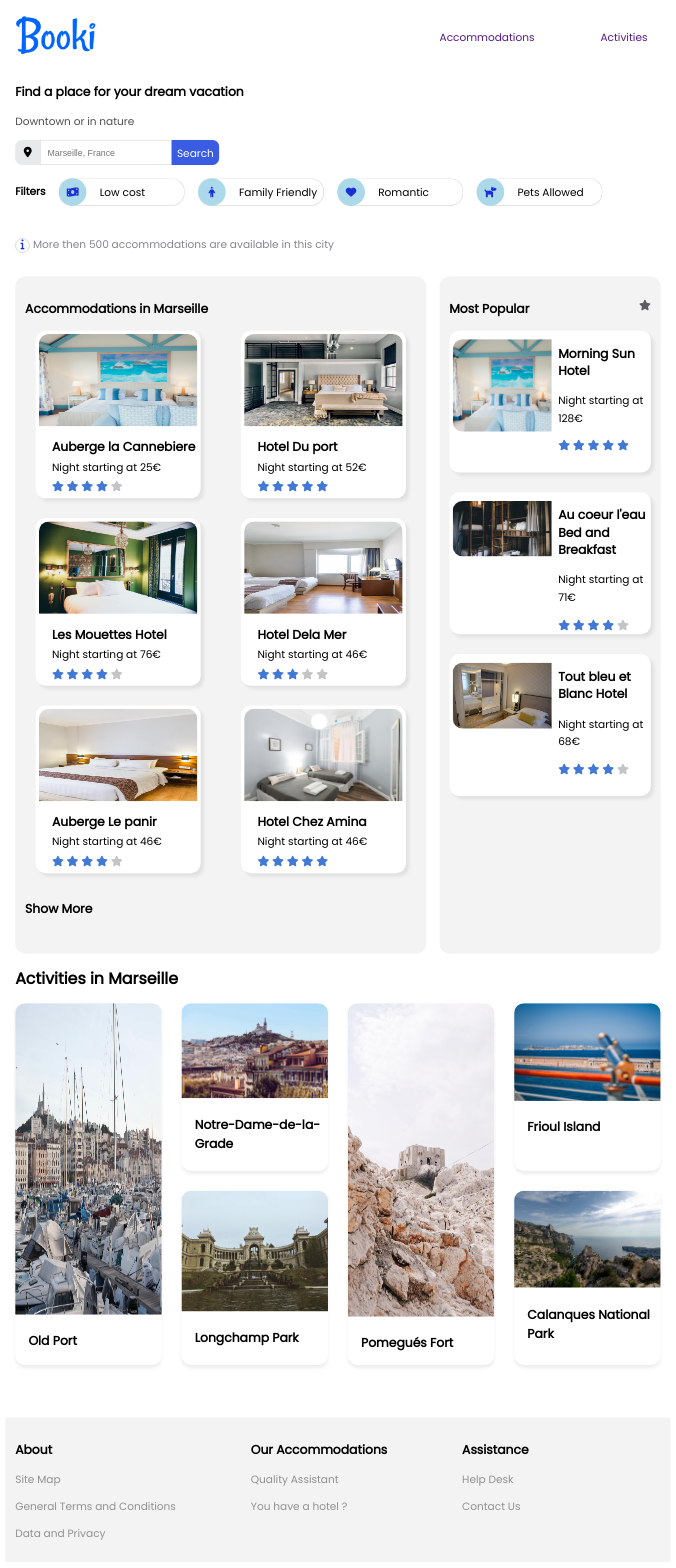
Repository: ailahin/booki
Page: index.html
These files come from the project's save history. The page is drawn as it stood at one moment and after the next save; the edit follows.
The browser window is 1024 px wide. The pictures show the whole page, at 66% of full size.
Some web fonts or font styles are not loaded; a fallback is used. Some web libraries are served in a nearby version.

Above is the page before, as saved 2023-07-19 05:00:53.

### index.html
<!DOCTYPE html>
<html lang="en">
<head>
    <meta charset="UTF-8">
    <meta http-equiv="X-UA-Compatible" content="IE=edge">
    <meta name="viewport" content="width=device-width, initial-scale=1.0">
    <title>Booki</title>
    <link rel="stylesheet" href="css/index.css">
    <link rel="stylesheet" href="https://fonts.googleapis.com/css?family=Poppins|Sofia|Trirong">

    <!-- Google fronts -->
    <link rel="preconnect" href="https://fonts.googleapis.com">
    <link rel="preconnect" href="https://fonts.gstatic.com" crossorigin>
    <link href="https://fonts.googleapis.com/css2?family=Poppins&display=swap" rel="stylesheet">

    <script src="https://kit.fontawesome.com/a5dfdf2455.js" crossorigin="anonymous"></script>

</head>
<body>
    <header class="body">
        <nav>
            <div class="navbar">
                <div class="booki">
                    <img src="images/logo/Booki.png" alt="">
                </div>

                <div class="nav-flex">
                    <div id="nav-accommodation-text">
                        <a href="">Accommodations</a>
                     </div>
                     <div id="nav-activities-text" class="activities">
                         <a href=""> Activities</a>
                     </div>
               </div>
            </div>
        </nav>
    </header>

   <main class="body">
    <section>
        <div>
            <h3 class="dream-vacation">Find  a place for your dream vacation</h3>
        <p class="downtown"> Downtown or in nature</p>
        </div>

        <div class="search-bar">
            <div class="search-icon"> <i class="fa-solid fa-location-dot"></i> </div>
            <div class="search-place">
                <div class="placeholder">
                <input type="search" name="marseille, France" placeholder="Marseille, France" id="marseille">
            </div>
        </div>
            <div class="search-btn">Search</div>
        </div>

        <div>
            <div class="filters-bar">


                <div class="filters">
                    <div class="filters-text">
                        <H4>Filters</H4>
                    </div>
                    <div class="cost">
                        <div class="filters-icon"> <i class="fa-solid fa-money-bill-wave" style="color: #192fd7;"></i></div>
                        <div class="icon">Low cost</div>
                    </div>

                       <div class="cost">
                        <div class="filters-icon"> <i class="fa-solid fa-person" style="color: #192fd7;"></i></div>
                        <div class="icon">Family Friendly</div>
                       </div>

                       <div class="cost">
                        <div class="filters-icon"> <i class="fa-solid fa-heart" style="color: #192fd7;"></i></div>
                        <div class="icon">Romantic</div>
                       </div>

                       <div class="cost">
                        <div class="filters-icon"> <i class="fa-solid fa-dog" style="color: #192fd7;"></i></div>
                        <div class="icon">Pets Allowed</div>
                       </div>


                </div>
            </div>

           <div>
            <div class="info">
                <div >
                    <i class="fa-solid fa-info" style="color: #192fd7;"></i>
                </div>

                <div>
                    <p> More then 500 accommodations are available in this city</p>
                </div>
            </div>
           </div>
        </div>


    </section>
    <section class="accomodations-details">

        <section class="all-accomodations" >

            <div>
                <h3>Accommodations in Marseille</h3>
            </div>

            <div class="all-accomodations-details">

                <div class="details-container">
                    <div>
                        <img src="images/hebergements/2_large/annie-spratt-Eg1qcIitAuA-unsplash.jpg" alt="">

                    </div>
                    <div class="details-text">
                        <h3>
                            Auberge la Cannebiere
                        </h3>
                        <div>
                            <p>
                                Night starting at 25€
                            </p>
                        </div>
                        <div>
                            <i class="fa-solid fa-star" style="color: #4379d6;"></i>
                            <i class="fa-solid fa-star" style="color: #4379d6;"></i>
                            <i class="fa-solid fa-star" style="color: #4379d6;"></i>
                            <i class="fa-solid fa-star" style="color: #4379d6;"></i>
                            <i class="fa-solid fa-star" style="color: #c2c4c7;"></i>
                        </div>
                    </div>
                </div>

                <div class="details-container">
                    <div><img src="images/hebergements/2_large/aw-creative-VGs8z60yT2c-unsplash.jpg" alt=""></div>
                    <div class="details-text">
                        <h3>Hotel Du port </h3>

                        <div>
                            <p>   Night starting at 52€ </p>
                        </div>
                        <div>
                            <i class="fa-solid fa-star" style="color: #4379d6;"></i>
                            <i class="fa-solid fa-star" style="color: #4379d6;"></i>
                            <i class="fa-solid fa-star" style="color: #4379d6;"></i>
                            <i class="fa-solid fa-star" style="color: #4379d6;"></i>
                            <i class="fa-solid fa-star" style="color: #4379d6;"></i>

                        </div>
                    </div>
                </div>
                <div class="details-container">
                    <div><img src="images/hebergements/2_large/emile-guillemot-Bj_rcSC5XfE-unsplash.jpg" alt=""></div>
                    <div class="details-text">
                        <h3> Les Mouettes Hotel</h3>

                        <div>
                            <p>
                                Night starting at 76€
                            </p>
                            <div>
                                <i class="fa-solid fa-star" style="color: #4379d6;"></i>
                                <i class="fa-solid fa-star" style="color: #4379d6;"></i>
                                <i class="fa-solid fa-star" style="color: #4379d6;"></i>
                                <i class="fa-solid fa-star" style="color: #4379d6;"></i>
                                <i class="fa-solid fa-star" style="color: #c2c4c7;"></i>
                            </div>
                        </div>
                    </div>
                </div>
                <div class="details-container">
                    <div><img src="images/hebergements/2_large/febrian-zakaria-M6S1WvfW68A-unsplash.jpg" alt=""></div>

                    <div class="details-text">
                        <h3>
                                Hotel Dela Mer
                        </h3>
                        <div>
                            <p> Night starting at 46€</p>
                        </div>
                        <div>
                            <i class="fa-solid fa-star" style="color: #4379d6;"></i>
                            <i class="fa-solid fa-star" style="color: #4379d6;"></i>
                            <i class="fa-solid fa-star" style="color: #4379d6;"></i>

                            <i class="fa-solid fa-star" style="color: #c2c4c7;"></i>
                            <i class="fa-solid fa-star" style="color: #c2c4c7;"></i>
                        </div>
                    </div>
                </div>
                <div class="details-container">
                    <div><img src="images/hebergements/2_large/febrian-zakaria-sjvU0THccQA-unsplash.jpg" alt=""></div>

                    <div class="details-text">
                        <h3>Auberge Le panir</h3>
                    </div>
                    <div class="details-text">
                        <p > Night starting at 46€ </p>
                    </div>
                    <div class="details-text">
                        <i class="fa-solid fa-star" style="color: #4379d6;"></i>
                        <i class="fa-solid fa-star" style="color: #4379d6;"></i>
                        <i class="fa-solid fa-star" style="color: #4379d6;"></i>
                        <i class="fa-solid fa-star" style="color: #4379d6;"></i>

                        <i class="fa-solid fa-star" style="color: #c2c4c7;"></i>

                    </div>


                </div>
                <div class="details-container">
                    <div><img src="images/hebergements/2_large/fred-kleber-gTbaxaVLvsg-unsplash.jpg" alt=""></div>

                    <div class="details-text">
                        <h3>Hotel Chez Amina</h3>
                        <div>
                            <p>Night starting at 46€</p>
                        </div>
                        <div>
                            <i class="fa-solid fa-star" style="color: #4379d6;"></i>
                            <i class="fa-solid fa-star" style="color: #4379d6;"></i>
                            <i class="fa-solid fa-star" style="color: #4379d6;"></i>
                            <i class="fa-solid fa-star" style="color: #4379d6;"></i>
                            <i class="fa-solid fa-star" style="color: #4379d6;"></i>

                        </div>
                    </div>


                </div>


            </div>

            <div class="show-more">
                <h3>Show More</h3>
            </div>

        </section>

        <section class="most-popular">

            <div class="most-popular-icon">
                <h3>
                    Most Popular
                </h3>
                <p>
                    <i class="fa-solid fa-star" style="color: #5d5e60" > </i>
                </p>


            </div>

            <div class="most-popular-details">
                <div class="popular-details-container">
                    <div>
                        <img src="images/hebergements/2_large/annie-spratt-Eg1qcIitAuA-unsplash.jpg" alt="">
                    </div>
                    <div class="popular-details-text">
                        <h3>Morning Sun Hotel</h3>
                        <p>Night starting at 128€</p>
                        <div>
                            <div>
                                <i class="fa-solid fa-star" style="color: #4379d6;"></i>
                                <i class="fa-solid fa-star" style="color: #4379d6;"></i>
                                <i class="fa-solid fa-star" style="color: #4379d6;"></i>
                                <i class="fa-solid fa-star" style="color: #4379d6;"></i>
                                <i class="fa-solid fa-star" style="color: #4379d6;"></i>

                            </div>
                        </div>
                    </div>
                </div>
                <div class="popular-details-container" >
                    <div>
                        <img src="images/hebergements/2_large/nicate-lee-kT-ZyaiwBe0-unsplash.jpg" alt="">
                    </div>
                    <div class="popular-details-text">
                        <h3>Au coeur l'eau Bed and Breakfast</h3>
                        <p>Night starting at 71€</p>
                        <div>
                            <i class="fa-solid fa-star" style="color: #4379d6;"></i>
                            <i class="fa-solid fa-star" style="color: #4379d6;"></i>
                            <i class="fa-solid fa-star" style="color: #4379d6;"></i>
                            <i class="fa-solid fa-star" style="color: #4379d6;"></i>
                            <i class="fa-solid fa-star" style="color: #c2c4c7;"></i>

                        </div>
                    </div>
                </div>
                <div class="popular-details-container">
                    <div>
                        <img src="images/hebergements/2_large/reisetopia-B8WIgxA_PFU-unsplash.jpg" alt="">
                    </div>
                    <div class="popular-details-text">
                        <h3>Tout bleu et Blanc Hotel</h3>
                        <p>Night starting at 68€</p>
                        <div>
                            <i class="fa-solid fa-star" style="color: #4379d6;"></i>
                            <i class="fa-solid fa-star" style="color: #4379d6;"></i>
                            <i class="fa-solid fa-star" style="color: #4379d6;"></i>
                            <i class="fa-solid fa-star" style="color: #4379d6;"></i>
                            <i class="fa-solid fa-star" style="color: #c2c4c7;"></i>

                        </div>
                    </div>
                </div>

            </div>



        </section>

    </section>

    <section>
        <div>
            <h1> Activities in Marseille</h1>
        </div>
        <div>
            <div class="activites-images">
                <div class="activites-container" id="one">
                  <div>
                    <img src="images/activites/2_large/reno-laithienne-QUgJhdY5Fyk-unsplash.jpg " alt="">
                  </div>

                  <div class="text-container">
                    <h3>Old Port</h3>
                </div>
                </div>
                <div class="activites-container" id="two">
                    <div>
                        <img src="images/activites/2_large/florian-wehde-xW9e8gdotxI-unsplash.jpg" alt="">
                    </div>
                    <div class="text-container">
                        <h3>Notre-Dame-de-la-Grade</h3>
                    </div>
                </div>
                <div  class="activites-container" id="three">
                    <div>
                        <img src="images/activites/2_large/lena-paulin-wH2-EJoDcV0-unsplash.jpg" alt="">
                    </div>
                    <div class="text-container">
                        <h3>Longchamp Park </h3>
                    </div>
                 </div>
                <div class="activites-container" id="four">
                    <div>
                        <img src="images/activites/2_large/paul-hermann-QFTrLdQIRhI-unsplash.jpg" alt="">
                    </div>

                    <div class="text-container">
                        <h3>Pomegués Fort</h3>
                    </div>
                </div>
                <div class="activites-container" id="five">
                   <div>
                    <img src="images/activites/2_large/kevin-hikari-rV_Qd1l-VXg-unsplash.jpg " alt="">
                   </div>
                   <div class="text-container">
                    <h3> Frioul Island </h3>
                   </div>
                </div>
                <div class="activites-container" id="six">
                    <div>
                        <img src="images/activites/2_large/kilyan-sockalingum-NR8-cBCN3aI-unsplash.jpg" alt="">
                    </div>

                    <div class="text-container">
                        <h3>Calanques National Park</h3>
                    </div>
                </div>
            </div>
        </div>
    </section>
   </main>

    <footer class="footer-main">
        <section>
            <div class="footer">
                <div class="about">
                    <h3> About</h3>
                    <p> Site Map</p>
                    <p>General Terms and Conditions  </p>
                    <p>Data and Privacy </p>


                </div>
                <div class="accommodations">
                    <h3> Our Accommodations</h3>
                    <p>Quality Assistant</p>
                    <p>You have a hotel ?</p>

                </div>

                <div class="assistance">
                        <h3>
                            Assistance
                        </h3>

                        <p>Help Desk</p>
                        <p>Contact Us</p>
                </div>
            </div>
        </section>

    </footer>

</body>
</html>

### css/index.css
.body{
    font-family: "poppins", sans-serif;
    padding-left: 15px;
    padding-right: 15px;
}
.navbar{
    display: flex;
    flex-direction: row;
    justify-content:space-between;
    align-items: center;
}

.nav-flex{
    display:flex;
    padding-left: 20px;
    padding-right: 20px;
    justify-content:space-around;
}
.nav-flex a{
    text-decoration: none;
}
.nav-flex a:hover{
    border-top: 2px solid blue;
    color: blue;
    padding-top: 30px;


}
.dream-vacation{

}
.downtown{
    color: rgb(80, 79, 79);

}
.activities{
    margin-left: 100px;
}

.search-bar{
    display:flex;
    align-items: center;


}
.search-icon{
    display: flex;
    background-color: rgb(232, 233, 234);
    height:38px;
    width: 38px;
    align-items: center;
    justify-content: center;
    border-radius: 10px 0 0 10px;

}
.placeholder input{
   height: 38px;
   border-left: 0px;
   border-right: 0px;
   border: 1px solid rgb(220, 218, 218);
   padding: 10px;
}
.placeholder{


}

 .search-place{


 }



.search-btn{
    background-color: rgb(58, 92, 227);
    color:white;
    height: 22px;
    padding:8px;
    border-radius: 0  10px 10px 0;
}
.filters-bar{
    margin-top: 20px;

}

.cost{
    display: flex;
    border: 1px solid;
    border-left: 0px;
   border-color: rgb(220, 215, 215);
   height: 40px;
   width: 190px;
   align-items: center;
   gap: 20px;
   border-radius: 20px;
}
.filters-icon{
    display: flex;
    background-color: rgb(171, 217, 233);
    height:42px ;
    width: 42px;
    align-items: center;
    border-radius: 100%;
    justify-content: center;
}
.filters{
    display: flex;
    gap: 20px;
}
.filters-text{
   display: flex;
   height: 38px;
   align-items: center;
}

.fa-info{
    display: flex;
    border: 1px rgb(193, 200, 207) solid;
    border-radius: 100%;
    width: 20px;
    height: 20px;
    align-items: center;
    justify-content: center;
}
.info{
    display: flex;
    align-items: center;
    text-align: center;
    gap:5px;
    margin-top: 30px;
}
.info p{
    color: rgb(133, 135, 137);
}

.accomodations-details{
    display: flex;

}
.all-accomodations{
    width: 66%;
    background-color:rgb(243, 243, 243);
    padding: 15px;
    margin-top: 20px;
    margin-right: 20px;
    border-radius: 15px;
}

.show-more{
    padding-top: 20px;
    padding-bottom: 20px;
}
.most-popular{
    width: 34%;
    background-color:rgb(243, 243, 243);
    padding:15px;
    margin-top: 20px;
    border-radius: 15px;
    padding-bottom: 30px;

}
.most-popular-icon{
    display: flex;
    justify-content: space-between;

}
.all-accomodations-details img{
    width: 240px;
    height: 140px;
    border-top-left-radius: 15px;
    border-top-right-radius: 15px;

}
.all-accomodations-details{
   display: grid;
   grid-template-columns: repeat(3, 1fr);
   gap: 10px;

}

.details-container{
    background-color:white;
    padding: 5px;
    border-radius: 15px;
    box-shadow: 5px 5px 5px 0px rgb(226, 225, 225);


}

.details-text {
margin-left: 20px;
line-height: .3cm;
margin-bottom: 5px;


}
.most-popular-details{
    display: grid;
    grid-template-rows: repeat(3, 1fr);
    gap:30px;


}
.popular-details-container img{
    width:150px;
    height: 155px;
    border-top-left-radius: 15px;
    border-bottom-left-radius: 15px;
    margin-top: 2px;
    margin-left: 2px;

}
.popular-details-container{
    display: flex;
    background-color:white;
    padding-top: 3px;
    padding-left: 3px;
    border-radius: 15px;
    box-shadow: 5px 5px 5px 0px rgb(226, 225, 225);
}
.popular-details-text{
    margin-left: 10px;
    line-height: .7cm;

}

.activites-images img{
    width: 100%;
    border-top-left-radius: 15px;
    border-top-right-radius: 15px;



  }

  .activites-images {
    display: grid;
    grid-template-columns: repeat(4, 1fr);
    gap: 30px;
    margin-bottom: 80px;

  }

  .activites-container{
    box-shadow: 0px 5px 5px 0px rgb(239, 238, 238);
    border-bottom-left-radius: 15px;
    border-bottom-right-radius: 15px;
  }


#one{
    grid-row: 1/3;
    grid-row: 1 / 3;

}

#one img{

    height: 472px;

}

.text-container{

    margin-left: 20px;

}

#two{

}
#three{
    grid-column: 2/3;
    grid-row:2/3 ;
}
#three img{
   height: 183px;

}
#four {
    grid-row: 1/3;
    border-top-right-radius: 15px;
}

#four img {

    height: 475px;
}

#five{
    grid-column: 4/5;
    grid-row:1/2 ;
}
#six{
    grid-column: 4/5;
    grid-row:2/3 ;
}

.footer{
    display: flex;
    justify-content: space-between;
    background-color:rgb(243, 243, 243);
    font-family: "poppins", sans-serif;
    margin-right: 200px;
}
.footer p{
    color: rgb(146, 145, 145);
}
.footer-main{
    background-color:rgb(243, 243, 243);
    padding: 15px;

}



 @media only screen and (max-width: 400px){
    .nav-flex{

    }
    .nav-flex a:hover{
        border-bottom: 2px solid blue;
        color: blue;
        padding-top: 1px;
        border-top: 2px white solid;
    }


    }








/* Extra small devices (phones, 600px and down) */
@media only screen and (max-width: 768px) {
    .navbar{
       display: flex;
       flex-wrap: wrap;
       justify-content: center;
       align-items: center;
       margin-bottom: 30px;


    };

    .nav-flex{

    }

    .filters {
        width: 100%;
        display:flex;
        flex-direction: column;
        flex-wrap:wrap;

    }
    .accomodations-details{
        display: flex;
        flex-direction:column-reverse;
        flex-wrap: wrap;
    }
    .all-accomodations{
        width: 100%;
        align-items: center;
        justify-content: center;

    }
    .all-accomodations-details{
        display: flex;
        flex-direction: row;
        flex-wrap: wrap;
        align-items: center;
        justify-content: center;

    }

    .most-popular{
        width: 100%;

    }


    .most-popular-details img{
        width:150px;
        height: 155px;
        border-top-left-radius: 15px;
        border-bottom-left-radius: 15px;
        margin-top: 2px;
        margin-left: 2px;

    }


.footer{
    display: flex;
    flex-direction: column;
}

.activites-images {
   display: flex;
   flex-direction: column-reverse;


}

  }



  /* Small devices (portrait tablets and large phones, 600px and up) */
  @media only screen and (min-width: 769px) and ( max-width: 992px) {
    /* .body {background: green;} */

    .accomodations-details{
        display: flex;
        flex-wrap: wrap;
        align-content: center;
        justify-content: space-between;
        flex-direction: column;


    }
    .all-accomodations{
        width: 100%;
        align-items: center;
        justify-content: center;


    }
    .all-accomodations-details{
        display: flex;
        flex-wrap: wrap;
        align-items: center;
        justify-content: center;
        margin-right: 0px;

     }

    .most-popular{
        width: 100%;
        padding-bottom: 0px;
        margin-bottom: 0px;

    }
    .most-popular-details {
        display: grid;
        grid-template-columns: repeat(2, 1fr);
        gap: 30px;
    }


    .most-popular-details img{
        width:150px;
        height: 155px;
        border-top-left-radius: 15px;
        border-bottom-left-radius: 15px;
        margin-top: 2px;
        margin-left: 2px;

    }





  }

  /* Medium devices (landscape tablets, 768px and up) */
  @media only screen and (min-width: 992px) {





}

  /* Large devices (laptops/desktops, 992px and up) */
  @media only screen and (min-width: 992px) and  (max-width: 1200px){

    .all-accomodations-details {
        display: grid;
        grid-template-columns: repeat(2, 2fr);
        gap: 30px;
        justify-items: center;
    }

    .most-popular-details img{
        width:150px;
        height:max-content;
        border-top-left-radius: 15px;
        border-bottom-left-radius: 15px;
        margin-top: 10px;
        margin-left: 2px;

    }


  };



  /* Extra large devices (large laptops and desktops, 1200px and up) */
  @media only screen and (min-width: 1200px) {


  }

After the next save:
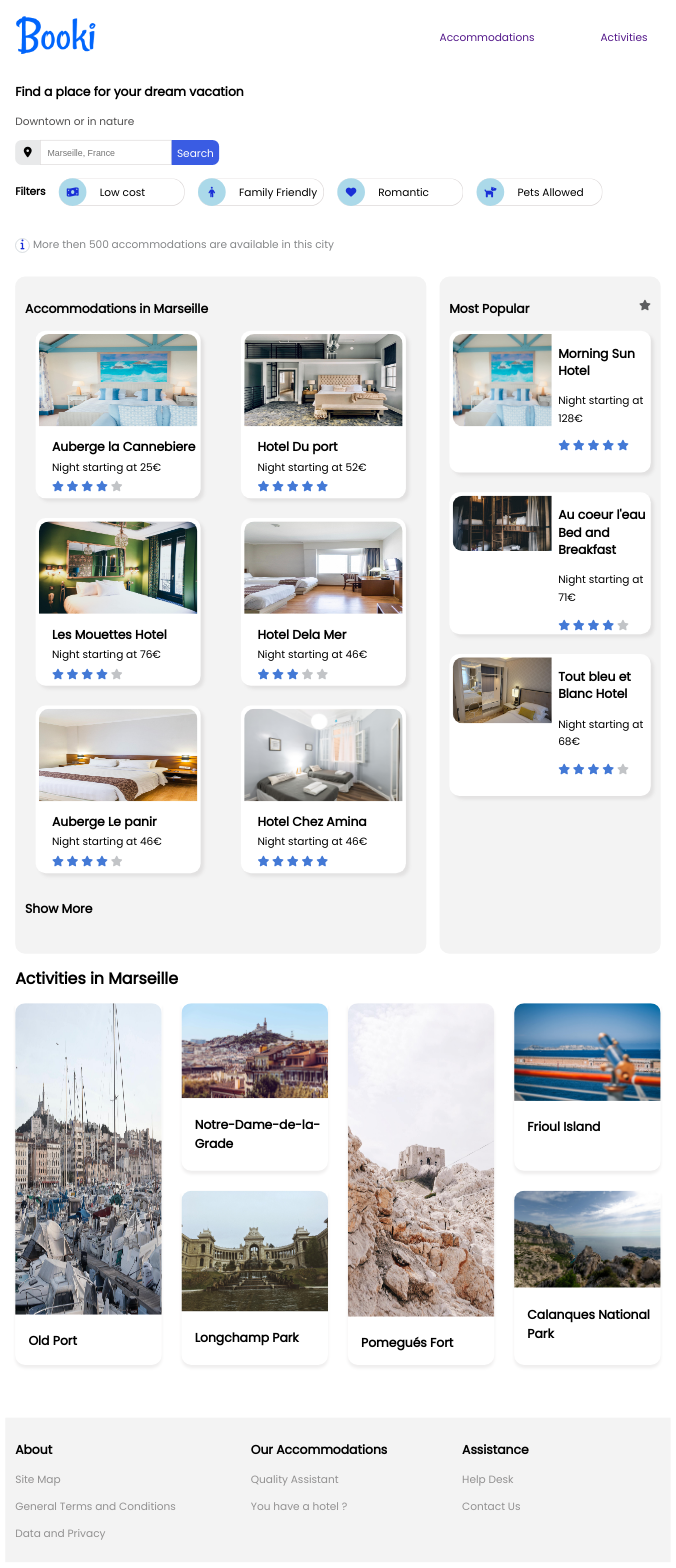
Saved 10 s later.
--- a/css/index.css
+++ b/css/index.css
@@ -494,7 +494,7 @@ margin-bottom: 5px;
         height:max-content;
         border-top-left-radius: 15px;
         border-bottom-left-radius: 15px;
-        margin-top: 10px;
+        margin-top: 2px;
         margin-left: 2px;
 
     }
